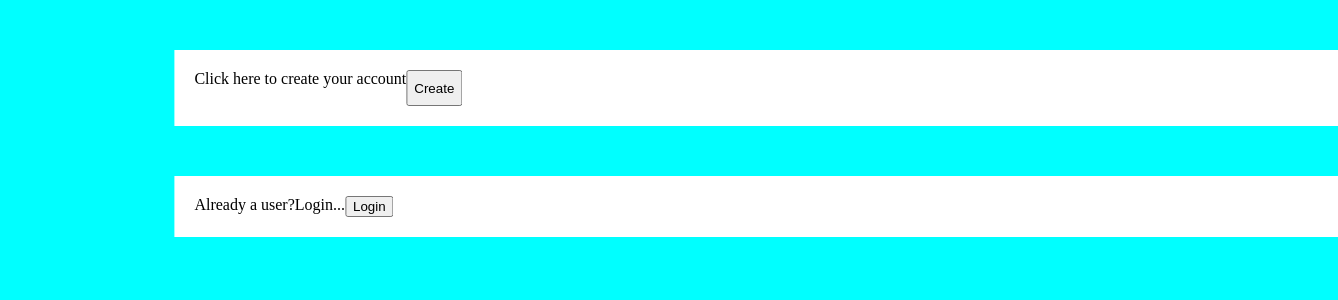
Repository: rosikraj/TurbifyTraining
Page: Wallet/WebContent/button.html
These files come from the project's save history. The page is drawn as it stood at one moment and after the next save; the edit follows.
The browser window is 1280 px wide. The page is 1338 px wide, then 1280 px, so the pictures cover 1338 px, including what lies to the right of the window. The pictures show the whole page.

Above is the page before, as saved 2023-09-24 05:53:18.

After the next save:
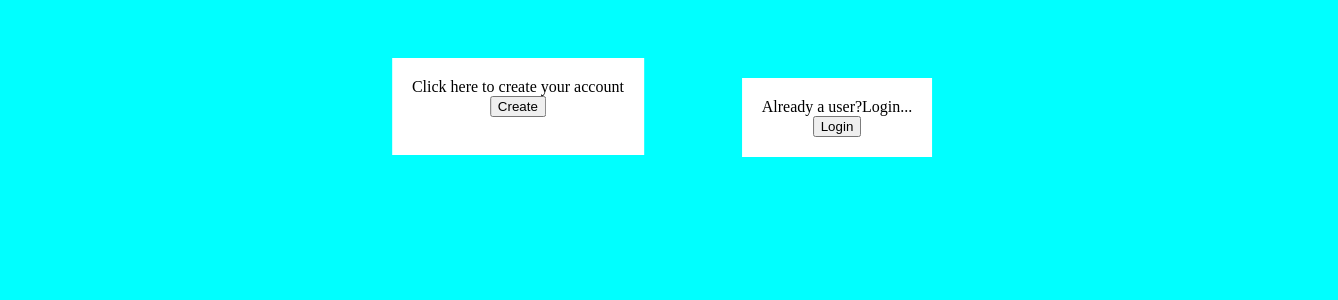
Saved 56 s later.
--- a/Wallet/WebContent/button.html
+++ b/Wallet/WebContent/button.html
@@ -13,7 +13,7 @@
     	form{
     		background-color:white;
     		align:center;
-    		display:flex;
+    		display:inline-block;
     		margin:50px;
     		padding:20px;
     		transform:translateX(10%);
